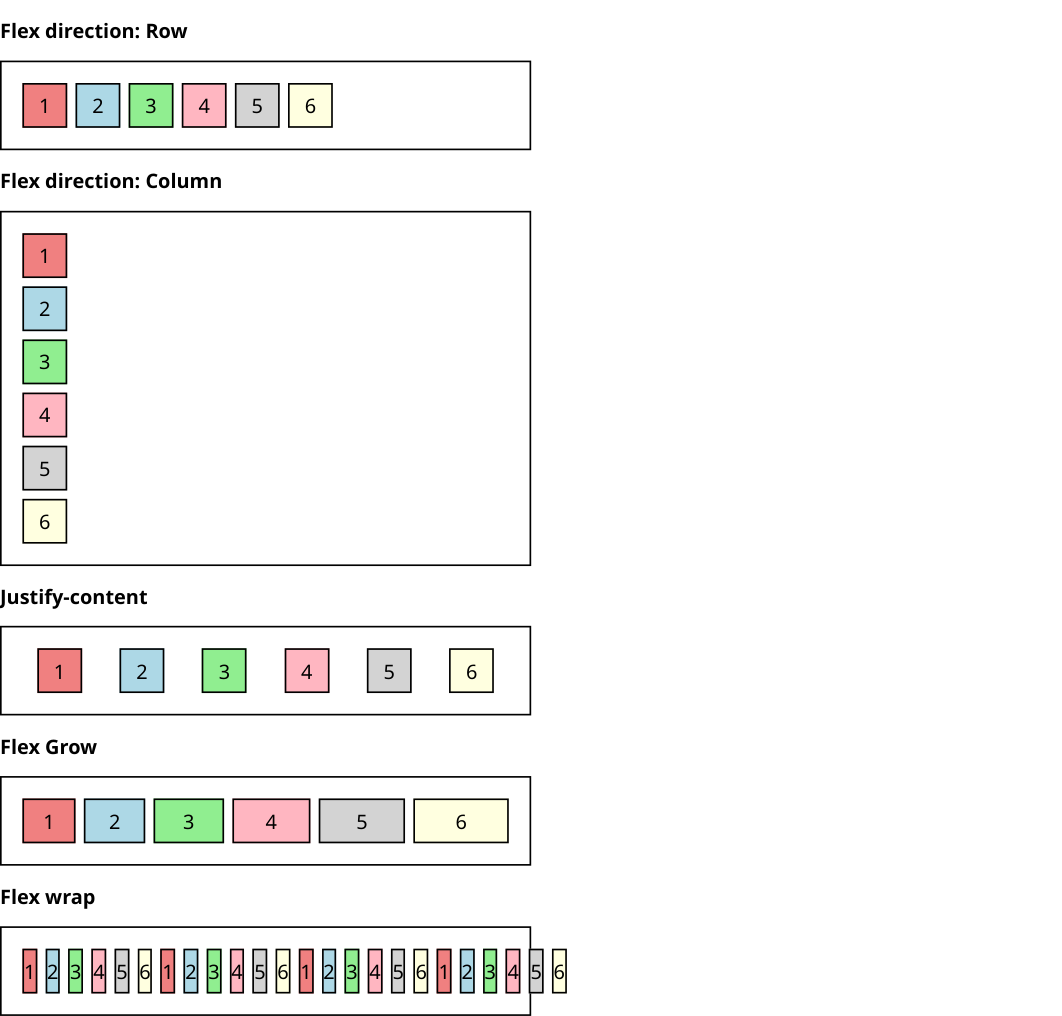
Repository: anjalipatel-dev/web-dev-learning-journey
Page: 03_html_css_ui_pages/05_hands_on_flex/index.html
These files come from the project's save history. The page is drawn as it stood at one moment and after the next save; the edit follows.
The browser window is 1280 px wide. The pictures show the whole page, at 83% of full size.

Above is the page before, as saved 2025-10-11 08:20:54.

### 03_html_css_ui_pages/05_hands_on_flex/index.html
<!DOCTYPE html>
<html lang="en">
<head>
    <meta charset="UTF-8">
    <meta name="viewport" content="width=device-width, initial-scale=1.0">
    <link rel="stylesheet" href="styles.css">
    <title>flex-box</title>
</head>
<body>
    <h2>Flex direction: Row</h2>
    <div class="container flex-row">

        <div class="item item-1">1</div>
        <div class="item item-2">2</div>
        <div class="item item-3">3</div>
        <div class="item item-4">4</div>
        <div class="item item-5">5</div>
        <div class="item item-6">6</div>
    </div>
    <h2>Flex direction: Column</h2>
     <div class="container flex-column">

        <div class="item item-1">1</div>
        <div class="item item-2">2</div>
        <div class="item item-3">3</div>
        <div class="item item-4">4</div>
        <div class="item item-5">5</div>
        <div class="item item-6">6</div>
    </div>
    <h2>Justify-content</h2>
    <div class="container container-justify">
        <div class="item item-1">1</div>
        <div class="item item-2">2</div>
        <div class="item item-3">3</div>
        <div class="item item-4">4</div>
        <div class="item item-5">5</div>
        <div class="item item-6">6</div>
    </div>
    <h2>Flex Grow</h2>
    <div class="container container-grow">

        <div class="item item-1">1</div>
        <div class="item item-2">2</div>
        <div class="item item-3">3</div>
        <div class="item item-4">4</div>
        <div class="item item-5">5</div>
        <div class="item item-6">6</div>
    </div>
    <h2>Flex wrap</h2>
    <div class="container flex-wrap-container">

        <div class="item item-1">1</div>
        <div class="item item-2">2</div>
        <div class="item item-3">3</div>
        <div class="item item-4">4</div>
        <div class="item item-5">5</div>
        <div class="item item-6">6</div>
        <div class="item item-1">1</div>
        <div class="item item-2">2</div>
        <div class="item item-3">3</div>
        <div class="item item-4">4</div>
        <div class="item item-5">5</div>
        <div class="item item-6">6</div>
        <div class="item item-1">1</div>
        <div class="item item-2">2</div>
        <div class="item item-3">3</div>
        <div class="item item-4">4</div>
        <div class="item item-5">5</div>
        <div class="item item-6">6</div>
        <div class="item item-1">1</div>
        <div class="item item-2">2</div>
        <div class="item item-3">3</div>
        <div class="item item-4">4</div>
        <div class="item item-5">5</div>
        <div class="item item-6">6</div>
    </div>
</body>
</html>

### 03_html_css_ui_pages/05_hands_on_flex/styles.css
body{
    padding : 0;
    margin : 0;
    box-sizing : border-box;
    font-family: 'Segoe UI', Tahoma, Geneva, Verdana, sans-serif;
}
.container{
    height : auto;
    width: 50%;
    display : flex;
    box-sizing : border-box;
    border : 2px solid black;
    padding: 20px;

}
.item{
    height:50px;
    width:50px;
    border : 2px solid black;
    display: flex;
    justify-content : center;
    align-items : center;
    margin:5px;
    font-size: 1.5rem;
     background-color
: lightcoral;
}
.item-1{
    background-color: lightcoral;
}
.item-2{
    background-color: lightblue;
}
.item-3{
    background-color: lightgreen;
}
.item-4{
    background-color: lightpink;
}
.item-5{
    background-color: lightgray;
}
.item-6{
    background-color: lightyellow;
}
.flex-row{
    flex-direction : row;
}
.flex-column{
    flex-direction : column;
}
.container-justify{
    justify-content : space-around;
}
.container-grow .item-1{
    flex-grow : 1;

}
.container-grow .item-2{
    flex-grow : 2;

}
.container-grow .item-3{
    flex-grow : 3;

}
.container-grow .item-4{
    flex-grow : 4;

}
.container-grow .item-5{
    flex-grow : 5;

}
.container-grow .item-6{
    flex-grow : 6;

}
.flex-wrap{
    flex-wrap : wrap;
    height : auto;
}

After the next save:
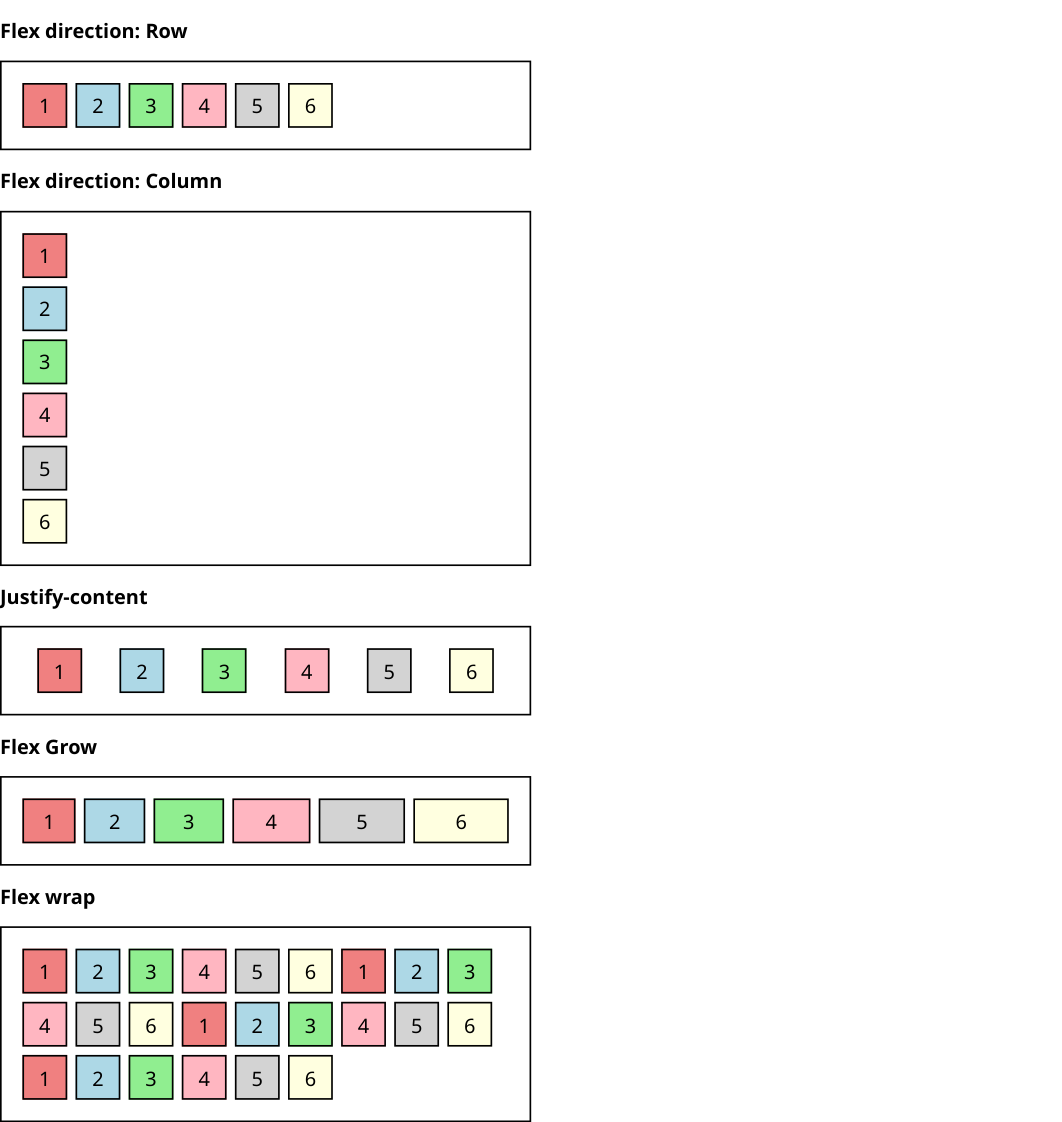
Saved 16 s later.
--- a/03_html_css_ui_pages/05_hands_on_flex/styles.css
+++ b/03_html_css_ui_pages/05_hands_on_flex/styles.css
@@ -76,7 +76,7 @@
     flex-grow : 6;
 
 }
-.flex-wrap{
+.flex-wrap-container{
     flex-wrap : wrap;
     height : auto;
 }
